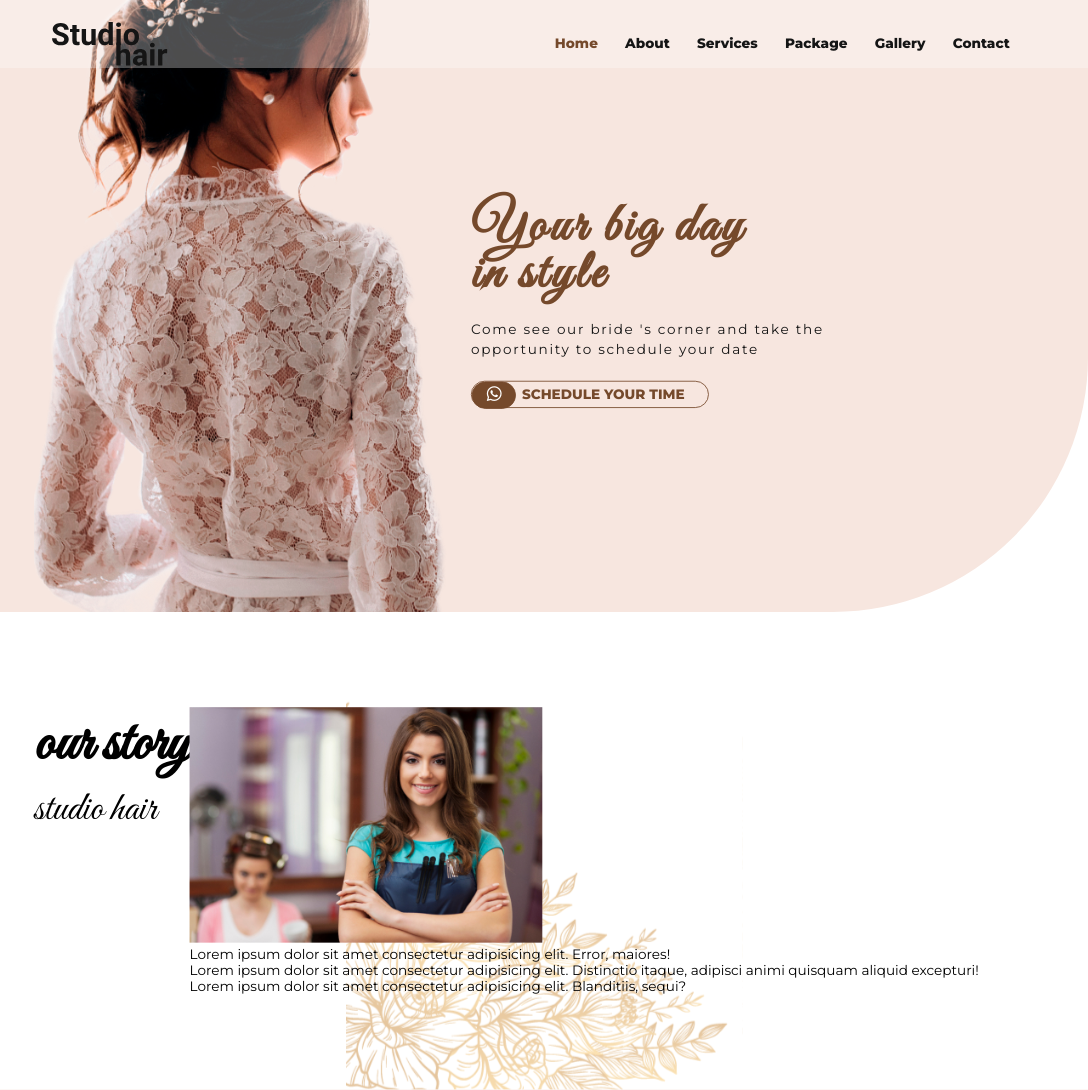
Repository: TuanHuflit2k1/clone-web01
Page: index.html
These files come from the project's save history. The page is drawn as it stood at one moment and after a run of saves; the edit follows.
The browser window is 1280 px wide. The pictures show the whole page, at 85% of full size.
Some web libraries are served in a nearby version.

Above is the page before, as saved 2022-04-28 11:08:21.

### index.html
<!DOCTYPE html>
<html lang="en">
  <head>
    <meta charset="UTF-8" />
    <meta http-equiv="X-UA-Compatible" content="IE=edge" />
    <meta name="viewport" content="width=device-width, initial-scale=1.0" />
    <title>Beauty Salon</title>
    <!-- css file -->
    <link rel="stylesheet" href="./style.css" />
    <!-- font awesomw CDN -->
    <link
      rel="stylesheet"
      href="https://cdnjs.cloudflare.com/ajax/libs/font-awesome/6.1.1/css/all.min.css"
      integrity="sha512-KfkfwYDsLkIlwQp6LFnl8zNdLGxu9YAA1QvwINks4PhcElQSvqcyVLLD9aMhXd13uQjoXtEKNosOWaZqXgel0g=="
      crossorigin="anonymous"
      referrerpolicy="no-referrer"
    />
  </head>
  <body>
    <!-- header -->
    <header class="header" id="header">
      <div class="navbar">
        <div class="logo">
          <img src="./img/logo.svg" alt="Logo" />
        </div>
        <nav class="nav-menu" id="nav-menu">
          <ul class="nav-list">
            <li><a href="#" class="nav-link active">home</a></li>
            <li><a href="#about" class="nav-link">about</a></li>
            <li><a href="#services" class="nav-link">services</a></li>
            <li><a href="#package" class="nav-link">package</a></li>
            <li><a href="#gallery" class="nav-link">gallery</a></li>
            <li><a href="#contact" class="nav-link">contact</a></li>
          </ul>
        </nav>
        <div class="nav-toggle" id="nav-toggle">
          <i class="fas fa-bars"></i>
        </div>
      </div>
    </header>
    <!-- end header -->
    <!-- start home section -->
    <section class="home">
      <div class="container">
        <div class="home-img">
          <img src="./img/home-img.png" />
        </div>
        <div class="home-content">
          <h1>Your big day<br /><span>in style</span></h1>
          <p>
            Come see our bride 's corner and take the opportunity to schedule
            your date
          </p>
          <a href="#" class="btn btn-outline">
            <i class="fab fa-whatsapp"></i>
            Schedule your time
          </a>
        </div>
      </div>
    </section>
    <!-- end section home -->
    <!-- start section about -->
    <section class="about" id="about">
      <div class="container">
        <div class="section-title">
          <h1>our story</h1>
          <span>studio hair</span>
        </div>
        <div class="about-detail">
          <div class="about-detal-content">
            <div class="about-img">
              <img src="./img/about-img.jpg" />
            </div>
            <div class="about-description">
              <p>
                Lorem ipsum dolor sit amet consectetur adipisicing elit. Error,
                maiores!
              </p>
              <p>
                Lorem ipsum dolor sit amet consectetur adipisicing elit.
                Distinctio itaque, adipisci animi quisquam aliquid excepturi!
              </p>
              <p>
                Lorem ipsum dolor sit amet consectetur adipisicing elit.
                Blanditiis, sequi?
              </p>
            </div>
          </div>
        </div>
      </div>
    </section>
    <!-- link js -->
    <script src="./main.js"></script>
  </body>
</html>

### style.css
/* font */
@import url("https://fonts.googleapis.com/css2?family=Great+Vibes&family=Montserrat:wght@300;400;600;800&display=swap");
:root {
  --header-height: 5rem;
  --main-color: #f7e6df;
  --first-color: #75492b;
  --secon-color: #dfd6a7;
  --white-color: #fff;
  --black-color: #151515;

  --font-cursive: "Great Vibes", cursive;
  --font-body: "Montserrat", sans-serif;

  --big-font-size: 3rem;
  --h1-font-size: 2.25rem;
  --h2-font-size: 1.5rem;
  --h3-font-size: 1.25rem;
  --normal-font-size: 1rem;
  --small-font-size: 0.813rem;
}
* {
  box-sizing: border-box;
  margin: 0;
  padding: 0;
  text-decoration: none;
  list-style: none;
  outline: none;
  border: none;
}
html {
  scroll-behavior: smooth;
}
body {
  background-color: var(--white-color);
  font-size: var(--normal-font-size);
  font-family: var(--font-body);
  overflow-x: hidden;
}
/* button */
.btn {
  width: 240px;
  display: flex;
  align-items: center;
  justify-content: center;
  text-align: center;
  background-color: var(--first-color);
  color: var(--white-color);
  border: 1px solid var(--first-color);
  border-radius: 50px;
  font-size: var(--normal-font-size);
  font-weight: bold;
  text-transform: uppercase;
  line-height: 1rem;
  padding: 10px 20px;
  cursor: pointer;
  transition: all 0.4s ease;
}
.btn:hover {
  background-color: transparent;
  color: var(--first-color);
}
.btn-outline {
  width: 280px;
  background-color: transparent;
  color: var(--first-color);
  padding: 5px 10px 5px 0;
  transition: all 0.4s ease;
  position: relative;
}
.btn-outline::before {
  content: "";
  position: absolute;
  top: 0;
  left: 0;
  width: 18%;
  height: 100%;
  background-color: var(--first-color);
  border: 1px solid var(--first-color);
  border-radius: 50px;
  transition: all 0.4s ease-in-out;
}
.btn-outline i {
  margin-right: 1.5rem;
  font-size: var(--h3-font-size);
  color: var(--white-color);
  z-index: 10;
}
.btn-outline:hover::before {
  width: 100%;
  z-index: -1;
}
.btn-outline:hover {
  color: var(--white-color);
  z-index: 10;
}
/* end button */
.header {
  position: fixed;
  top: 0;
  left: 0;
  right: 0;
  height: var(--header-height);
  background-color: rgba(255, 255, 255, 0.3);
  z-index: 10000;
  transition: all 0.4s ease;
}
.scroll-header {
  background-color: var(--white-color);
  box-shadow: 0 4px 6px rgba(0, 0, 0, 0.1);
}
.navbar {
  width: 100%;
  max-width: 1200px;
  margin: 0 auto;
  display: flex;
  justify-content: space-between;
  align-items: center;
  padding: 20px;
}
.nav-menu .nav-list {
  display: flex;
}
.nav-menu li {
  margin-right: 2rem;
}
.nav-link {
  font-size: var(--normal-font-size);
  color: var(--black-color);
  font-weight: bold;
  text-transform: capitalize;
  position: relative;
  transition: all 0.4s ease;
}
.nav-link::before {
  content: "";
  position: absolute;
  width: 0;
  left: 0;
  bottom: 0;
  height: 2px;
  background-color: var(--first-color);
  transition: all 0.4s ease-in-out;
}
.nav-link:hover::before {
  width: 100%;
}
.nav-link:hover,
.nav-link.active {
  color: var(--first-color);
}
.nav-toggle {
  font-size: var(--h1-font-size);
  padding: 5px 5px 0;
  border: 2px solid transparent;
  cursor: pointer;
  z-index: 100;
  display: none;
}
.nav-toggle:hover {
  color: var(--first-color);
  border: 2px solid var(--first-color);
}
/* Start Home Section */
.home {
  width: 100%;
  height: 100vh;
  background-color: var(--main-color);
  border-radius: 0 0 300px 0;
}
.home .container {
  max-width: 1200px;
  margin: 0 auto;
  display: flex;
  flex-wrap: wrap;
}
.home .home-img img {
  max-width: 100%;
  height: 100%;
}
.home .home-content {
  width: 40%;
  height: 100vh;
  display: flex;
  flex-direction: column;
  align-items: flex-start;
  justify-content: center;
}
.home-content h1 {
  font-family: var(--font-cursive);
  font-size: 4rem;
  line-height: 3.5rem;
  letter-spacing: 4px;
  color: var(--first-color);
  margin-bottom: 1.5rem;
}
.home-content p {
  font-weight: 400;
  line-height: 1.5rem;
  letter-spacing: 2px;
  color: var(--black-color);
  margin-bottom: 1.5rem;
}

/* End Home Section */
/* start about section */
.about {
  width: 100%;
  padding: 7rem 0;
  background-image: url(./img/arabesque-left-bottom.svg);
  background-repeat: no-repeat;
  background-position: bottom center;
  z-index: -1;
}
.about .container {
  max-width: 1200px;
  margin: 0 auto;
  display: flex;
  flex-wrap: wrap;
}
.section-title {
    font-family: var(--font-cursive);
    font-size: var(--big-font-size);
    font-weight: 400;

}
@media (max-width: 920px) {
  .nav-menu {
    position: absolute;
    top: 0;
    right: 0;
    width: 0;
    height: 100vh;
    background-color: var(--main-color);
    font-size: var(--h2-font-size);
    text-align: center;
    text-transform: capitalize;
    padding-top: var(--header-height);
    box-shadow: 0 0 5px rgba(0, 0, 0, 0.4);
    transition: all 0.4s ease-in-out;
  }
  .show-nav {
    width: 60%;
  }
  .nav-menu .nav-list {
    display: block;
  }
  .nav-menu li {
    padding: 15px 0;
  }
  .nav-link {
    font-size: var(--h3-font-size);
  }
  .nav-toggle {
    display: block;
  }
  .home .home-img img {
    display: none;
  }
  .home .home-content {
    width: 100%;
    height: 100vh;
    display: flex;
    justify-content: center;
    align-items: center;
  }
  .home-content h1 {
    font-size: var(--big-font-size);
  }
  .home-content p {
    padding: 0 2rem;
  }
}

### main.js
//Show Navbar
const nav = document.querySelector(".nav-menu");
const toggle = document.querySelector(".nav-toggle");
toggle.onclick = () => {
  nav.classList.toggle("show-nav");
};
//Remove bar
const navLink = document.querySelectorAll(".nav-link");
function linkAction() {
  nav.classList.remove("show-nav");
}
navLink.forEach((n) => n.addEventListener("click", linkAction));
//change active color
function colorLink() {
  if (navLink) {
    navLink.forEach((n) => n.classList.remove("active"));
    this.classList.add("active");
  }
}
navLink.forEach((l) => l.addEventListener("click", colorLink));

After the next 2 saves:
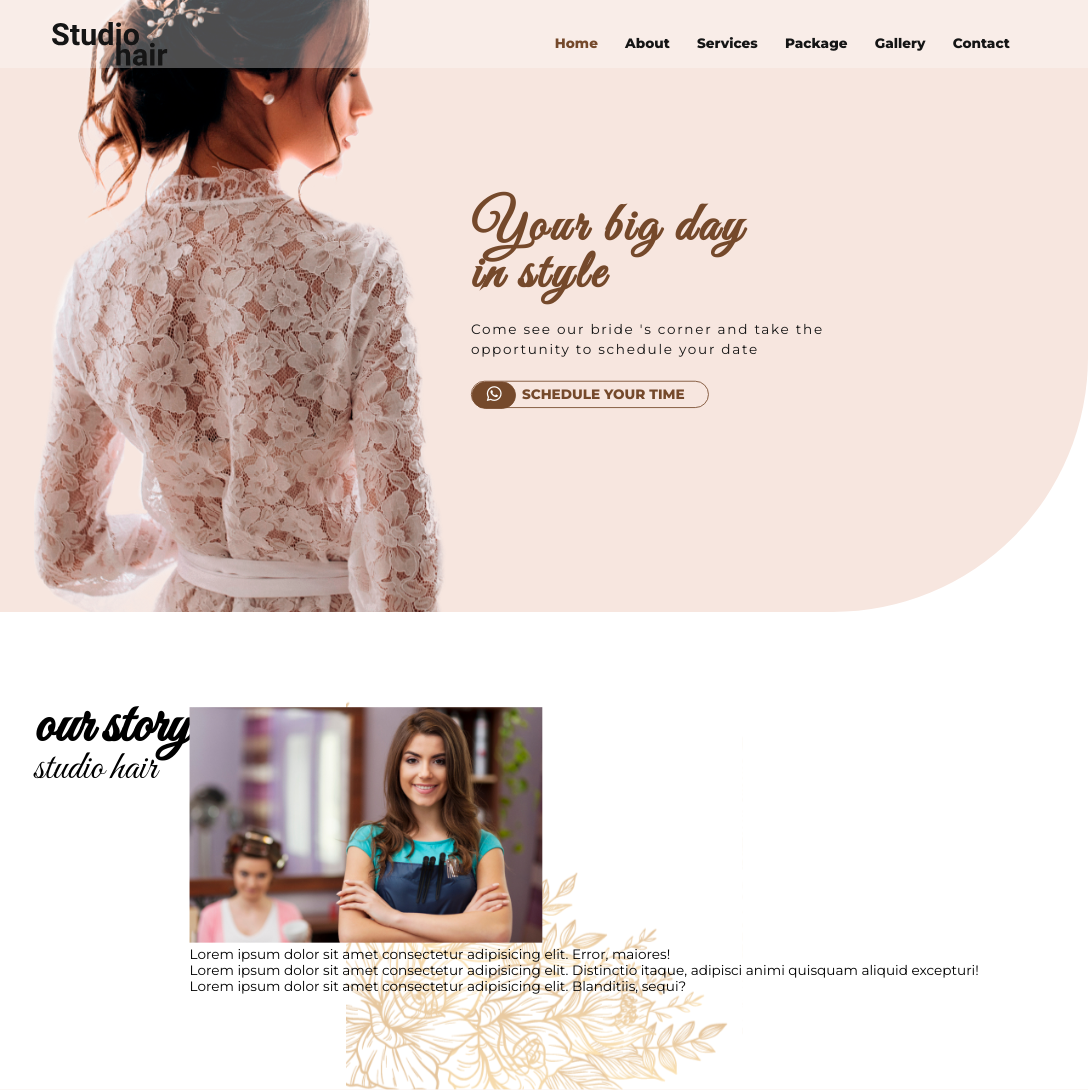
The 2 saves are shown as one change because they came seconds apart.
The last was saved 7 s later.
--- a/style.css
+++ b/style.css
@@ -221,6 +221,7 @@ body {
     font-family: var(--font-cursive);
     font-size: var(--big-font-size);
     font-weight: 400;
+    line-height: 3rem;
 
 }
 @media (max-width: 920px) {
